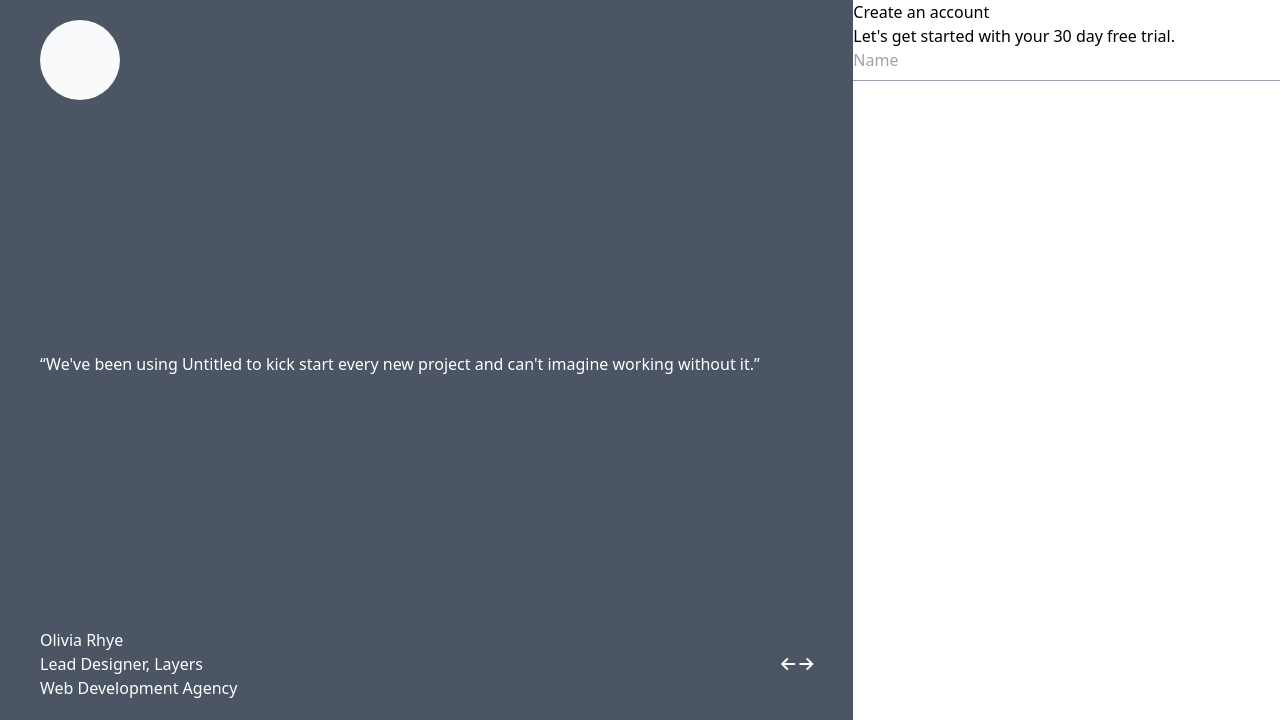
Repository: debthebuilder/youtube-html-contact-form-tailwindcss
Page: contact.html
An editor plug-in stored every save of this project. The page is shown before and after a run of saves, followed by the edit.
The browser window is 1280 px wide. The pictures show the whole page.
Some web libraries are served in a nearby version.

Above is the page before, as saved 2022-08-03 05:42:29.

### contact.html
<!DOCTYPE html>
<html lang="en">
<head>
    <meta charset="UTF-8">
    <meta http-equiv="X-UA-Compatible" content="IE=edge">
    <meta name="viewport" content="width=device-width, initial-scale=1.0">
    <link rel="stylesheet" href="https://cdnjs.cloudflare.com/ajax/libs/font-awesome/6.1.2/css/all.min.css" integrity="sha512-1sCRPdkRXhBV2PBLUdRb4tMg1w2YPf37qatUFeS7zlBy7jJI8Lf4VHwWfZZfpXtYSLy85pkm9GaYVYMfw5BC1A==" crossorigin="anonymous" referrerpolicy="no-referrer" />
    <script src="https://cdn.tailwindcss.com"></script>
    <title>HTML Contact Form</title>
</head>
<body>
    <div class="w-full h-screen flex">
        <!--Background Image with Overlay text-->
        <div class="w-4/6 bg-gray-600 text-white flex flex-col justify-between py-5 px-10">
            <a href="#" class="block">
                <div class="w-20 h-20 bg-gray-50 rounded-full"></div>
            </a>
            <q>We've been using Untitled to kick start every new project and can't imagine working without it.</q>
            <div class="flex flex-row items-center justify-between">
                <div>
                    <h3>Olivia Rhye</h3>
                    <div>Lead Designer, Layers</div>
                    <span>Web Development Agency</span>
                </div>
                <div>
                    <span>
                        <i class="fa-solid fa-arrow-left"></i>
                    </span>
                    <span>
                        <i class="fa-solid fa-arrow-right"></i>
                    </span>
                </div>
            </div>
        </div>
        <!--Form-->
        <div class="w-2/6">
            <h2>Create an account</h2>
            <span>Let's get started with your 30 day free trial.</span>
            <form>
                <input type="text" name="name" placeholder="Name" class="w-full border-b border-gray-400 pb-2 focus:outline-none focus:border-0 focus:border-b-2">
            </form>
        </div>
    </div>
</body>
</html>

After the next 2 saves:
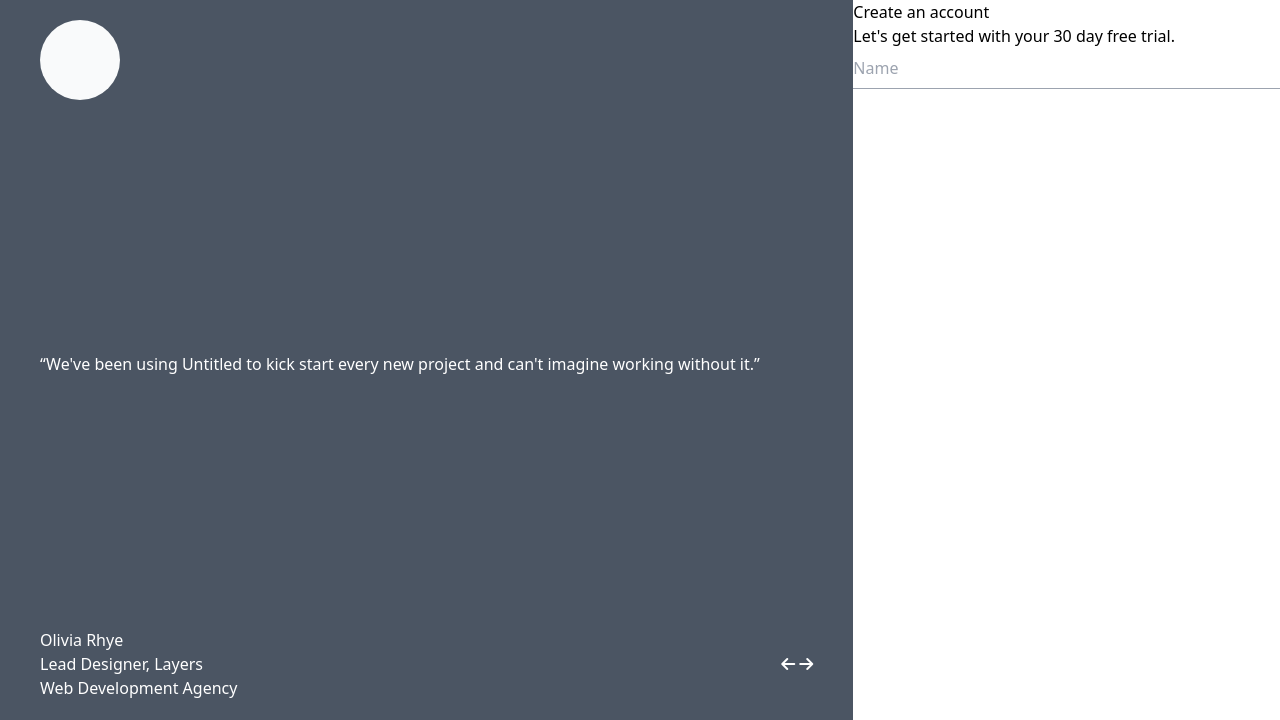
The 2 saves are shown as one change because they came seconds apart.
The last was saved 17 s later.
--- a/contact.html
+++ b/contact.html
@@ -37,7 +37,7 @@
             <h2>Create an account</h2>
             <span>Let's get started with your 30 day free trial.</span>
             <form>
-                <input type="text" name="name" placeholder="Name" class="w-full border-b border-gray-400 pb-2 focus:outline-none focus:border-0 focus:border-b-2">
+                <input type="text" name="name" placeholder="Name" class="w-full border-b border-gray-400 pb-2 focus:outline-none focus:border-0 focus:border-b-2 my-2">
             </form>
         </div>
     </div>
